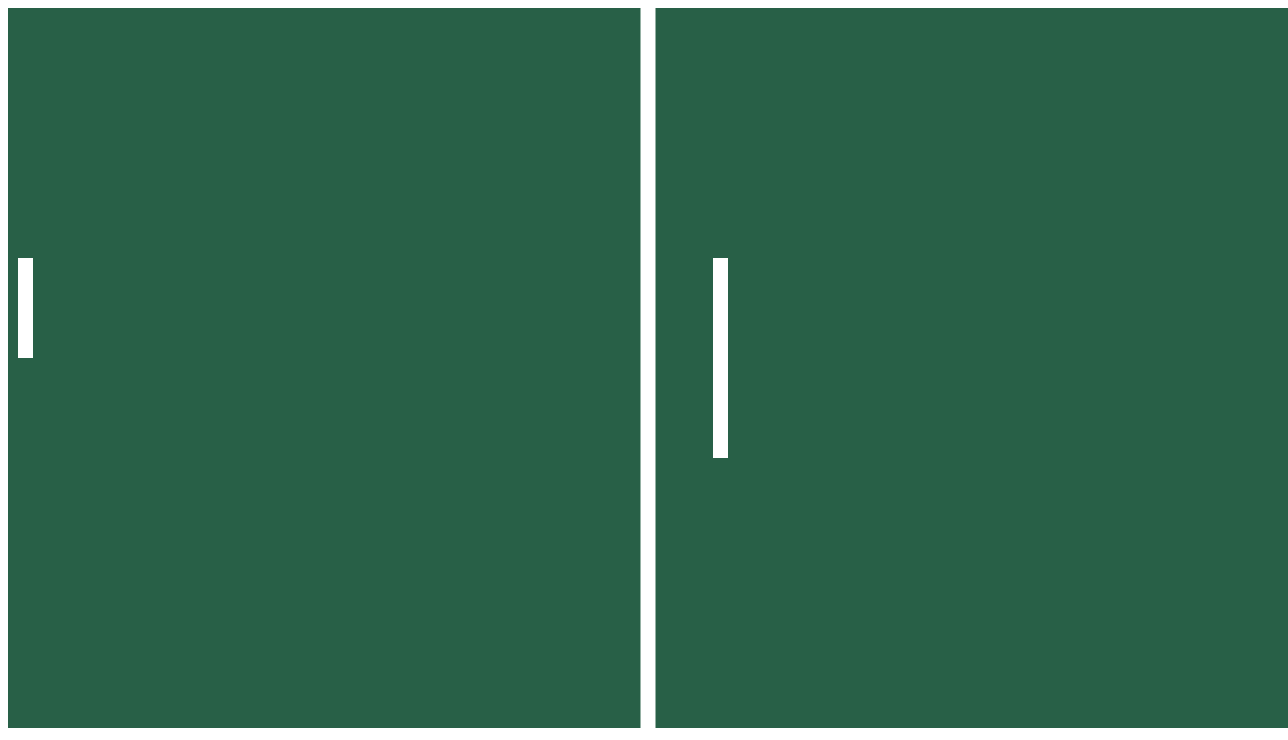
Repository: luizgaivaa/Game
Page: index.html
These files come from the project's save history. The page is drawn as it stood at one moment and after the next save; the edit follows.
The browser window is 1280 px wide. The page is 1288 px wide, so the pictures cover 1288 px, including what lies to the right of the window. The pictures show the whole page.

Above is the page before, as saved 2024-03-26 16:05:18.

After the next save:
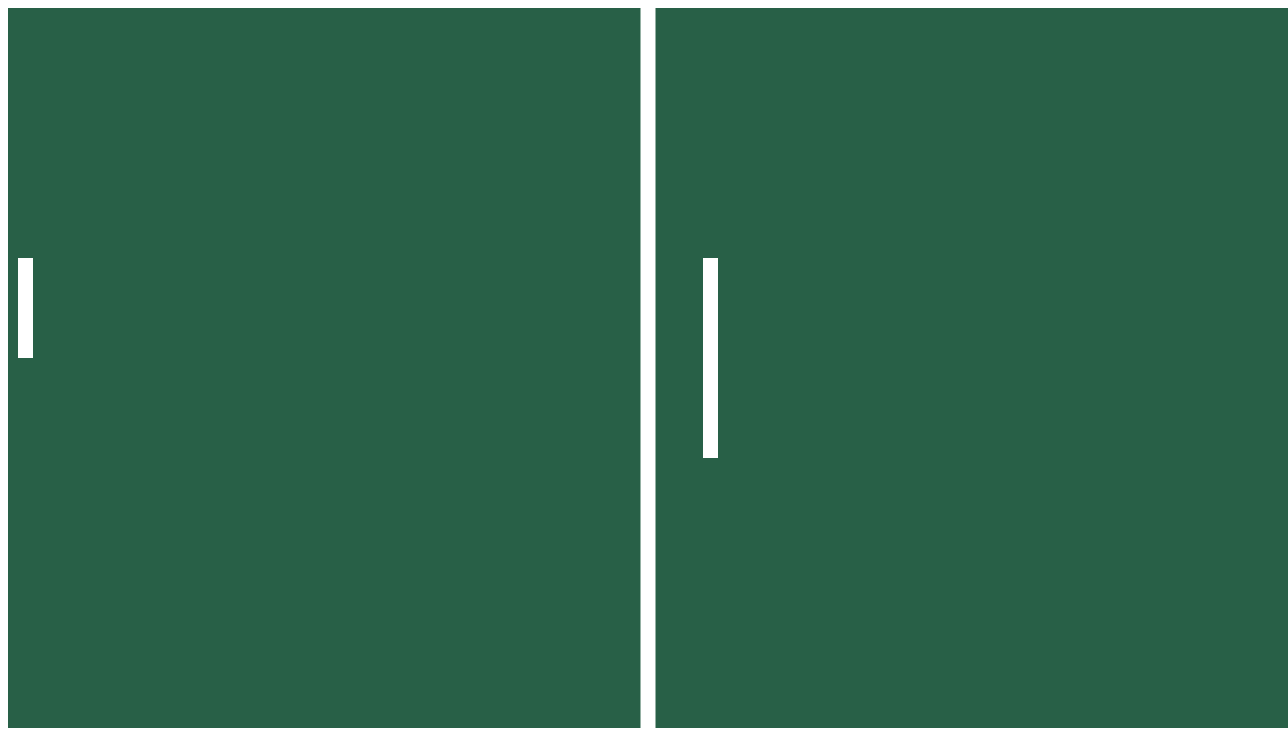
Saved 8 s later.
--- a/index.html
+++ b/index.html
@@ -32,7 +32,7 @@
             canvasCtx.fillRect(10,250,lineWidth,100)
 
             //raquete direita
-            canvasCtx.fillRect(window.innerHeight - lineWidth - 0, 250, lineWidth, 200)
+            canvasCtx.fillRect(window.innerHeight - lineWidth - 10, 250, lineWidth, 200)
 
         }
         setup()
